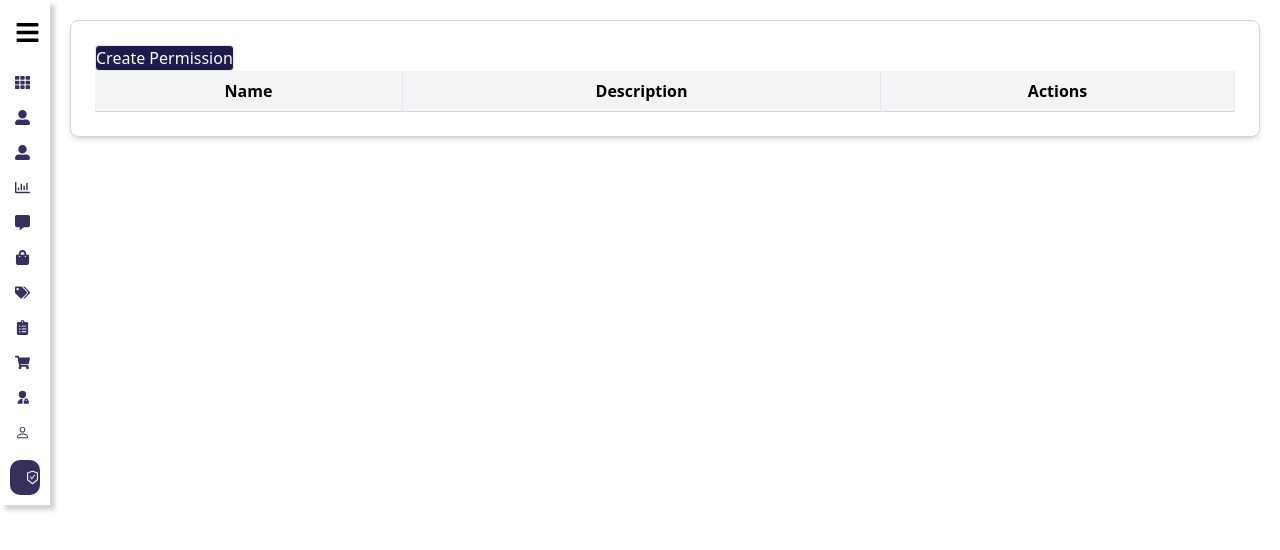
Repository: Andarg01/Admin
Page: /permission
These files come from the project's save history. The page is drawn as it stood at one moment and after the next save; the edit follows.
The browser window is 1280 px wide. The pictures show the whole page.
The page's requests for data from a server got no answer. The project was rebuilt for these pictures with package versions that can differ from the ones it lists, and the page was loaded fresh each time. No one was signed in, and anything a server would have sent is missing. Also part of the build but not shown: src/styles/analytics.css, src/pages/Analytics.tsx, src/pages/Dashboard.tsx, src/styles/productList.css, src/components/OrderModal.tsx, src/components/OrderTable.tsx, src/pages/Orders.tsx, src/components/CategoryModal.tsx and 16 more.

Above is the page before, as saved 2024-02-28 05:35:48.

After the next save:
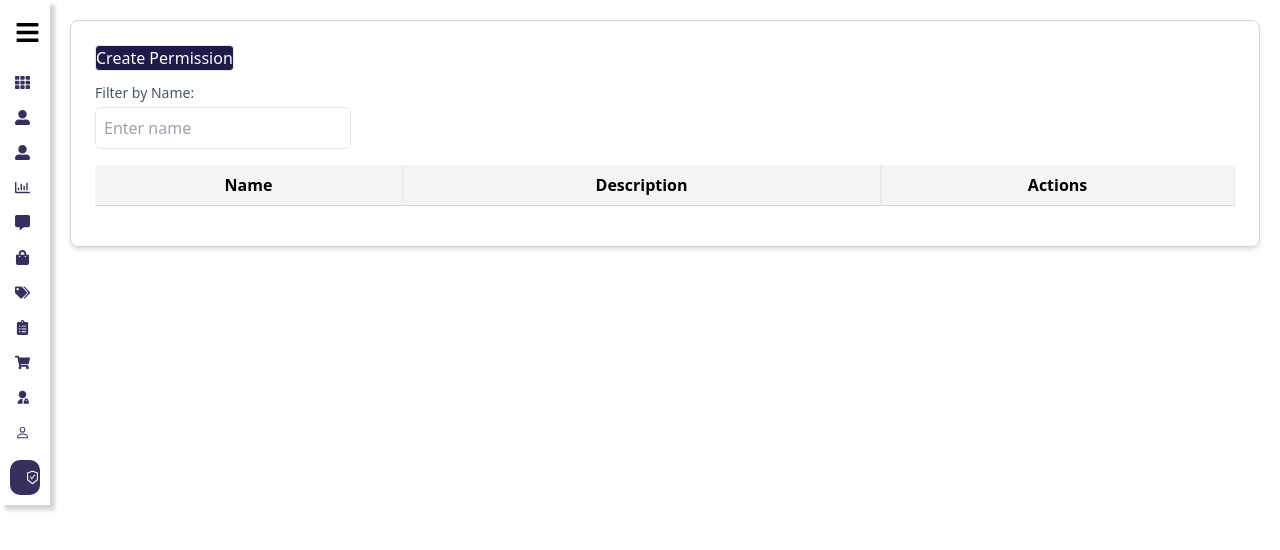
Saved 22 min 18 s later.
--- a/src/components/PermissionTable.tsx
+++ b/src/components/PermissionTable.tsx
@@ -5,11 +5,12 @@
 import { RootState } from '../redux/store';
 import {
   fetchPermissions,
-  createPermission,
-  updatePermission,
+  createPermission as createPermissionAction,
+  updatePermission as updatePermissionAction,
   deletePermission,
 } from '../redux/actions/permissionsActions';
 import PermissionModal from './PermissionModal';
+
 interface Permission {
   id: string;
   name: string;
@@ -20,17 +21,30 @@
   permissions: Permission[];
 }
 
-
 const PermissionTable: React.FC = () => {
   const dispatch = useDispatch();
-  const permissions = useSelector((state: RootState) => state.permissions.permissions);
+  const allPermissions = useSelector((state: RootState) => state.permissions.permissions);
 
+  const [permissions, setPermissions] = useState(allPermissions);
   const [showModal, setShowModal] = useState(false);
   const [selectedPermission, setSelectedPermission] = useState(null);
+  const [currentPage, setCurrentPage] = useState(1);
+  const [permissionsPerPage] = useState(5); // Number of permissions per page
+  const [filterName, setFilterName] = useState('');
 
   useEffect(() => {
     dispatch(fetchPermissions());
   }, [dispatch]);
+
+  useEffect(() => {
+    setPermissions(allPermissions);
+  }, [allPermissions]);
+
+  const indexOfLastPermission = currentPage * permissionsPerPage;
+  const indexOfFirstPermission = indexOfLastPermission - permissionsPerPage;
+  const currentPermissions = permissions.slice(indexOfFirstPermission, indexOfLastPermission);
+
+  const paginate = (pageNumber: number) => setCurrentPage(pageNumber);
 
   const handleCreate = () => {
     setSelectedPermission(null);
@@ -48,12 +62,48 @@
     }
   };
 
+  const handleFilterChange = (e: React.ChangeEvent<HTMLInputElement>) => {
+    setFilterName(e.target.value);
+    const filteredPermissions = allPermissions.filter(permission =>
+      permission.name.toLowerCase().includes(e.target.value.toLowerCase())
+    );
+    setPermissions(filteredPermissions);
+    setCurrentPage(1); // Reset to the first page when filtering
+  };
+
+  const createPermission = (newPermission: Permission) => {
+    dispatch(createPermissionAction(newPermission));
+    setShowModal(false);
+  };
+
+  const updatePermission = (updatedPermission: Permission) => {
+    dispatch(updatePermissionAction(updatedPermission));
+    setShowModal(false);
+  };
+
   return (
     <div className="overflow-x-auto bg-white border border-gray-300 p-6 rounded-lg shadow-md transition duration-500 ease-in-out">
       <button
-      className='border rounded bg-indigo-950 hover:m-2 text-white'
-      onClick={handleCreate}>Create Permission</button>
+        className='border rounded bg-indigo-950 hover:m-2 text-white'
+        onClick={handleCreate}
+      >
+        Create Permission
+      </button>
 
+      <div className="mt-3 mb-4">
+        <label htmlFor="filterName" className="block text-sm font-medium text-gray-600">
+          Filter by Name:
+        </label>
+        <input
+          type="text"
+          id="filterName"
+          name="filterName"
+          value={filterName}
+          onChange={handleFilterChange}
+          className="mt-1 p-2 border rounded-md w-64"
+          placeholder="Enter name"
+        />
+      </div>
 
       <table className="min-w-full border-b border-gray-300">
         <thead className="bg-gray-100">
@@ -64,23 +114,55 @@
           </tr>
         </thead>
         <tbody>
-          {permissions.map((permission) => (
+          {currentPermissions.map((permission) => (
             <tr key={permission.id} className="border-b">
               <td className="py-2 px-4 border-r">{permission.name}</td>
               <td className="py-2 px-4 border-r">{permission.description}</td>
               <td className="py-2 px-4">
-                <button onClick={() => handleEdit(permission)}
-                className="edit hover:underline mr-2 hover:text-gray-700"
-                >Edit</button>
-                <button onClick={() => handleDelete(permission.id)}
-                 className="delete hover:underline hover:text-red-700"
-                >Delete</button>
+                <button
+                  onClick={() => handleEdit(permission)}
+                  className="edit hover:underline mr-2 hover:text-gray-700"
+                >
+                  Edit
+                </button>
+                <button
+                  onClick={() => handleDelete(permission.id)}
+                  className="delete hover:underline hover:text-red-700"
+                >
+                  Delete
+                </button>
               </td>
             </tr>
           ))}
         </tbody>
       </table>
-      {showModal && <PermissionModal onClose={() => setShowModal(false)} permission={selectedPermission} />}
+
+      <div className="mt-4 flex justify-end">
+        <nav className="relative z-0 inline-flex shadow-sm -space-x-px" aria-label="Pagination">
+          {Array.from({ length: Math.ceil(permissions.length / permissionsPerPage) }).map((_, index) => (
+            <button
+              key={index}
+              onClick={() => paginate(index + 1)}
+              className={`whitespace-nowrap px-4 py-2 border ${
+                currentPage === index + 1
+                  ? 'border-indigo-500 text-indigo-600 focus:outline-none focus:border-indigo-700 focus:z-10'
+                  : 'border-gray-300 text-gray-500 hover:bg-gray-50 focus:outline-none focus:border-gray-700 focus:z-10'
+              }`}
+            >
+              {index + 1}
+            </button>
+          ))}
+        </nav>
+      </div>
+
+      {showModal && (
+        <PermissionModal
+          onClose={() => setShowModal(false)}
+          permission={selectedPermission}
+          createPermission={createPermission}
+          updatePermission={updatePermission}
+        />
+      )}
     </div>
   );
 };

After the save that followed:
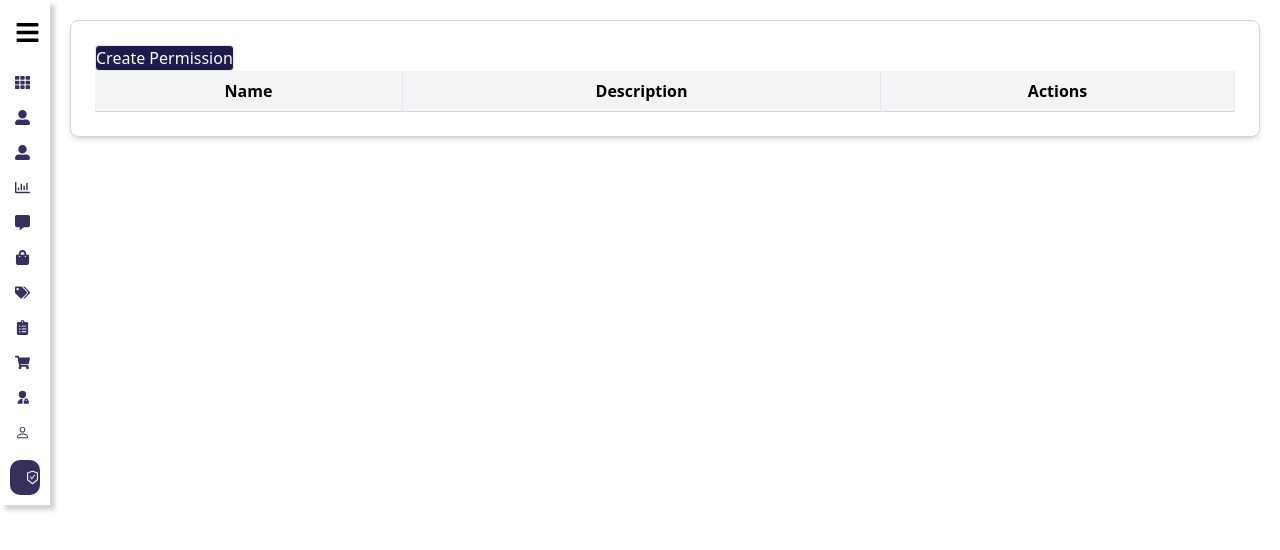
Saved 4 min 15 s later.
--- a/src/components/PermissionTable.tsx
+++ b/src/components/PermissionTable.tsx
@@ -5,12 +5,11 @@
 import { RootState } from '../redux/store';
 import {
   fetchPermissions,
-  createPermission as createPermissionAction,
-  updatePermission as updatePermissionAction,
+  createPermission,
+  updatePermission,
   deletePermission,
 } from '../redux/actions/permissionsActions';
 import PermissionModal from './PermissionModal';
-
 interface Permission {
   id: string;
   name: string;
@@ -21,30 +20,17 @@
   permissions: Permission[];
 }
 
+
 const PermissionTable: React.FC = () => {
   const dispatch = useDispatch();
-  const allPermissions = useSelector((state: RootState) => state.permissions.permissions);
+  const permissions = useSelector((state: RootState) => state.permissions.permissions);
 
-  const [permissions, setPermissions] = useState(allPermissions);
   const [showModal, setShowModal] = useState(false);
   const [selectedPermission, setSelectedPermission] = useState(null);
-  const [currentPage, setCurrentPage] = useState(1);
-  const [permissionsPerPage] = useState(5); // Number of permissions per page
-  const [filterName, setFilterName] = useState('');
 
   useEffect(() => {
     dispatch(fetchPermissions());
   }, [dispatch]);
-
-  useEffect(() => {
-    setPermissions(allPermissions);
-  }, [allPermissions]);
-
-  const indexOfLastPermission = currentPage * permissionsPerPage;
-  const indexOfFirstPermission = indexOfLastPermission - permissionsPerPage;
-  const currentPermissions = permissions.slice(indexOfFirstPermission, indexOfLastPermission);
-
-  const paginate = (pageNumber: number) => setCurrentPage(pageNumber);
 
   const handleCreate = () => {
     setSelectedPermission(null);
@@ -62,48 +48,12 @@
     }
   };
 
-  const handleFilterChange = (e: React.ChangeEvent<HTMLInputElement>) => {
-    setFilterName(e.target.value);
-    const filteredPermissions = allPermissions.filter(permission =>
-      permission.name.toLowerCase().includes(e.target.value.toLowerCase())
-    );
-    setPermissions(filteredPermissions);
-    setCurrentPage(1); // Reset to the first page when filtering
-  };
-
-  const createPermission = (newPermission: Permission) => {
-    dispatch(createPermissionAction(newPermission));
-    setShowModal(false);
-  };
-
-  const updatePermission = (updatedPermission: Permission) => {
-    dispatch(updatePermissionAction(updatedPermission));
-    setShowModal(false);
-  };
-
   return (
     <div className="overflow-x-auto bg-white border border-gray-300 p-6 rounded-lg shadow-md transition duration-500 ease-in-out">
       <button
-        className='border rounded bg-indigo-950 hover:m-2 text-white'
-        onClick={handleCreate}
-      >
-        Create Permission
-      </button>
+      className='border rounded bg-indigo-950 hover:m-2 text-white'
+      onClick={handleCreate}>Create Permission</button>
 
-      <div className="mt-3 mb-4">
-        <label htmlFor="filterName" className="block text-sm font-medium text-gray-600">
-          Filter by Name:
-        </label>
-        <input
-          type="text"
-          id="filterName"
-          name="filterName"
-          value={filterName}
-          onChange={handleFilterChange}
-          className="mt-1 p-2 border rounded-md w-64"
-          placeholder="Enter name"
-        />
-      </div>
 
       <table className="min-w-full border-b border-gray-300">
         <thead className="bg-gray-100">
@@ -114,55 +64,23 @@
           </tr>
         </thead>
         <tbody>
-          {currentPermissions.map((permission) => (
+          {permissions.map((permission) => (
             <tr key={permission.id} className="border-b">
               <td className="py-2 px-4 border-r">{permission.name}</td>
               <td className="py-2 px-4 border-r">{permission.description}</td>
               <td className="py-2 px-4">
-                <button
-                  onClick={() => handleEdit(permission)}
-                  className="edit hover:underline mr-2 hover:text-gray-700"
-                >
-                  Edit
-                </button>
-                <button
-                  onClick={() => handleDelete(permission.id)}
-                  className="delete hover:underline hover:text-red-700"
-                >
-                  Delete
-                </button>
+                <button onClick={() => handleEdit(permission)}
+                className="edit hover:underline mr-2 hover:text-gray-700"
+                >Edit</button>
+                <button onClick={() => handleDelete(permission.id)}
+                 className="delete hover:underline hover:text-red-700"
+                >Delete</button>
               </td>
             </tr>
           ))}
         </tbody>
       </table>
-
-      <div className="mt-4 flex justify-end">
-        <nav className="relative z-0 inline-flex shadow-sm -space-x-px" aria-label="Pagination">
-          {Array.from({ length: Math.ceil(permissions.length / permissionsPerPage) }).map((_, index) => (
-            <button
-              key={index}
-              onClick={() => paginate(index + 1)}
-              className={`whitespace-nowrap px-4 py-2 border ${
-                currentPage === index + 1
-                  ? 'border-indigo-500 text-indigo-600 focus:outline-none focus:border-indigo-700 focus:z-10'
-                  : 'border-gray-300 text-gray-500 hover:bg-gray-50 focus:outline-none focus:border-gray-700 focus:z-10'
-              }`}
-            >
-              {index + 1}
-            </button>
-          ))}
-        </nav>
-      </div>
-
-      {showModal && (
-        <PermissionModal
-          onClose={() => setShowModal(false)}
-          permission={selectedPermission}
-          createPermission={createPermission}
-          updatePermission={updatePermission}
-        />
-      )}
+      {showModal && <PermissionModal onClose={() => setShowModal(false)} permission={selectedPermission} />}
     </div>
   );
 };
